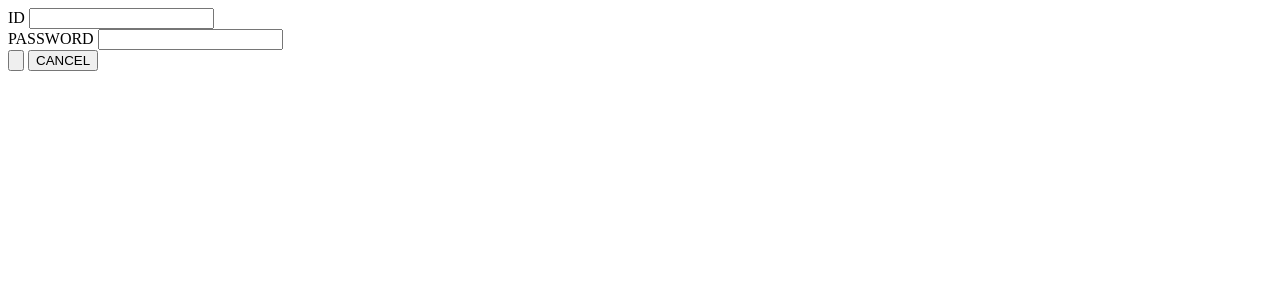
Repository: wonsy1006/servlet
Page: servlet01/src/main/webapp/login.html
The author's editor kept a copy of each file at every save. The page is drawn from the files as they stood at one save, then again after the next save.
The browser window is 1280 px wide. The pictures show the whole page.

Above is the page before, as saved 2022-09-21 11:09:18.

After the next save:
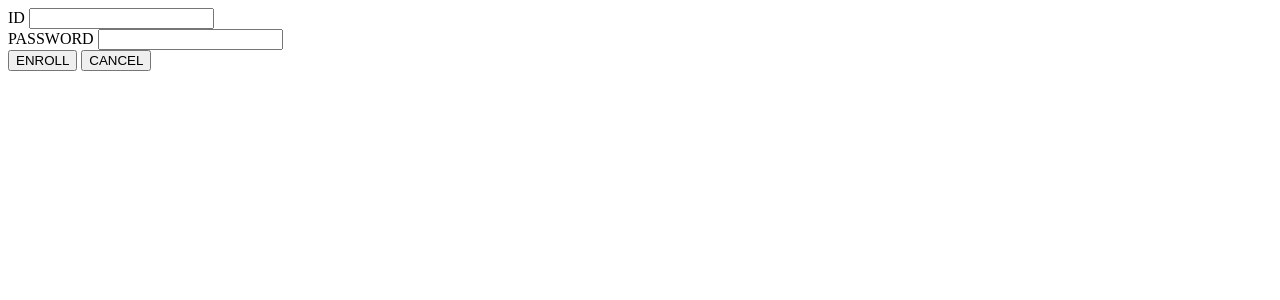
Saved 45 s later.
--- a/servlet01/src/main/webapp/login.html
+++ b/servlet01/src/main/webapp/login.html
@@ -10,7 +10,7 @@
       <input type="text" id="user_id" name="user_id" /><br />
       <label for="user_pw">PASSWORD</label>
       <input type="password" id="user_pw" name="user_pw" /><br />
-      <input type="submit" value="" />
+      <input type="submit" value="ENROLL" />
       <input type="reset" value="CANCEL" />
     </form>
   </body>
